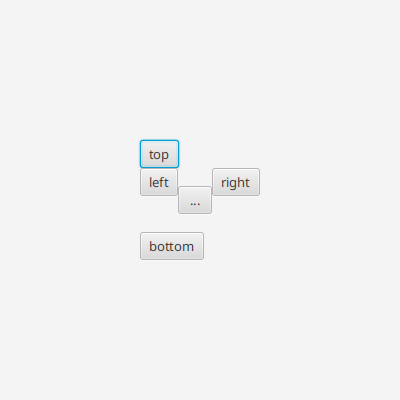
Repository: Tomcat-Seaotter/Java
Program's window: java code14/Lesson41/src/application/Lesson42.java
An editor plug-in stored every save of this project. The program's window is shown before and after the next save, followed by the edit.
It runs on Java 21 on a 1366 x 768 screen with JavaFX 11; the title bar is not drawn.

Above is the program's window before, as saved 2018-12-21 23:13:55.

### code14/Lesson41/src/application/Lesson42.java
package application;

import javafx.application.Application;
import javafx.geometry.Insets;
import javafx.scene.Scene;
import javafx.scene.control.Button;
import javafx.scene.control.Label;
import javafx.scene.control.TextField;
import javafx.scene.layout.BorderPane;
import javafx.stage.Stage;

public class Lesson42 extends Application {

	@Override
	public void start(Stage stage) throws Exception {
		// TODO Auto-generated method stub
		BorderPane pane1 = new BorderPane();
		pane1.setPadding(new Insets(140,140,140,140));
		pane1.setTop(new Button("top"));
		pane1.setLeft(new Button("left"));
		pane1.setCenter(new Button("center"));
		pane1.setRight(new Button("right"));
		pane1.setBottom(new Button("bottom"));
		Scene scene1 = new Scene(pane1,400,400);
		stage.setTitle("BorderPane");
		stage.setScene(scene1);
		stage.show();
	}

	public static void main(String[] args) {
		// TODO Auto-generated method stub
		Application.launch(args);

	}

}

After the next save:
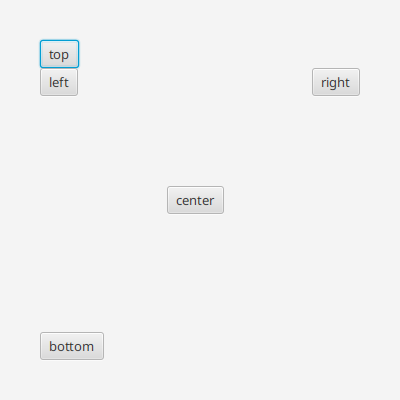
Saved 17 s later.
--- a/code14/Lesson41/src/application/Lesson42.java
+++ b/code14/Lesson41/src/application/Lesson42.java
@@ -15,7 +15,7 @@
 	public void start(Stage stage) throws Exception {
 		// TODO Auto-generated method stub
 		BorderPane pane1 = new BorderPane();
-		pane1.setPadding(new Insets(140,140,140,140));
+		pane1.setPadding(new Insets(40,40,40,40));
 		pane1.setTop(new Button("top"));
 		pane1.setLeft(new Button("left"));
 		pane1.setCenter(new Button("center"));
